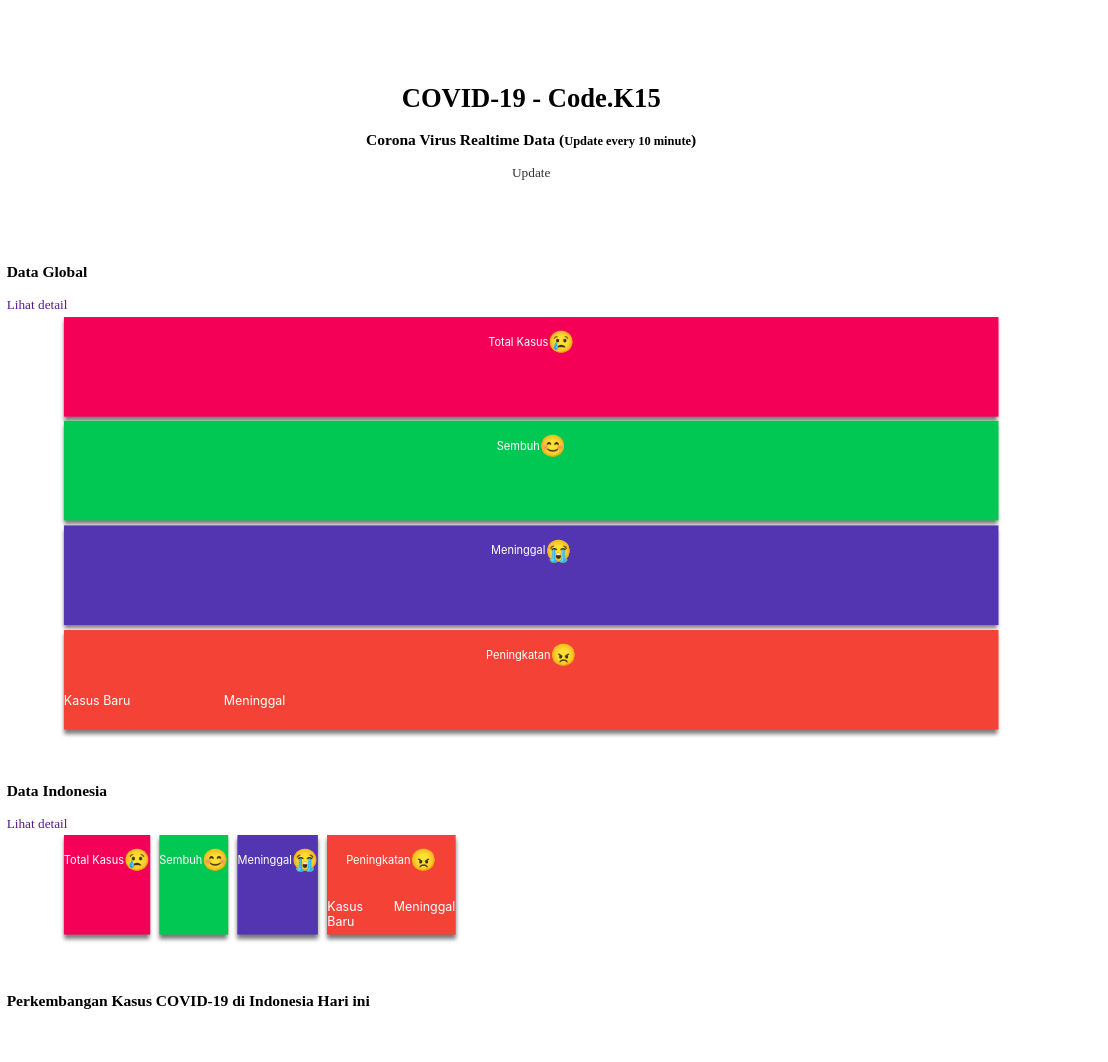
Repository: fathur15/covid19-monitoring
Page: http://localhost/covid19/apps/views/data/main/dashboard.php
The author's editor kept a copy of each file at every save. The page is drawn from the files as they stood at one save, then again after the next save.
The browser window is 1280 px wide. The page is 1280 px wide, then 1335 px, so the pictures cover 1335 px, including what lies to the right of the window. The pictures show the whole page, at 83% of full size.
The page is run by PHP 8.4 with error messages shown; the project is at /var/www/html/.

Above is the page before, as saved 2020-04-14 13:46:46.

### apps/views/data/main/dashboard.php

<style>

    #resumeGlobal p, h5{
        color: white;
        font-weight: 400;
        font-family: -apple-system, BlinkMacSystemFont, 'Segoe UI', Roboto, Oxygen, Ubuntu, Cantarell, 'Open Sans', 'Helvetica Neue', sans-serif
    }
    #resumeIndonesia p, h5{
        color: white;
        font-weight: 400;
        font-family: -apple-system, BlinkMacSystemFont, 'Segoe UI', Roboto, Oxygen, Ubuntu, Cantarell, 'Open Sans', 'Helvetica Neue', sans-serif
    }
    .shadow-box{
        -webkit-box-shadow: 0 15px 10px #777;
        -moz-box-shadow: 0 15px 10px #777;
        box-shadow: 0 5px 5px #777;

    }
    .content-main-wrapper{
        margin: 5% 0;
    }
    /* .shadow-box:after{
        -webkit-transform: rotate(3deg);
        -moz-transform: rotate(3deg);
        -o-transform: rotate(3deg);
        -ms-transform: rotate(3deg);
        transform: rotate(3deg);
        right: 10px;
        left: auto;
    } */

</style>
<div class="content">
    <div class="heading" style="margin: 100px 30%; text-align: center">
        <h1>COVID-19 - Code.K15</h1>
        <h3>Corona Virus Realtime Data (<small style="font-size: 15px">Update every 10 minute</small>)</h3>
        <p id="date-update" style="color: #353030;">Update</p>
    </div>
    <div class="main">
        <div class="container">
            <div class="row content-main-wrapper">
                <div class="head-main-content">
                    <h3>Data Global</h3>
                    <a style="text-decoration: none" href="">Lihat detail  <i class="fas fa-long-arrow-alt-right" aria-hidden="true"></i></a>
                </div>
                <div  id="resumeGlobal" class="" style="width: 90%; margin: 0 5%;" >
                    <div class="row">
                        <div class="card col-sm-3 shadow-box" style="background: #f50057; margin: 0.5%; align-items: center; height: 120px ">
                            <div class="card-body">
                                <div style="flex-direction: row; display: flex; justify-content: center; align-items: center">
                                    <h5 id="title-kasus-global" class="card-text">Total Kasus</h5>
                                    <span style="color: black; font-size: 25px; text-shadow: 0 0 0 yellow">&#x1F622</span>
                                </div>
                                <p class="card-text" id="kasus-global"></p>
                            </div>
                        </div>
                        <div class="card col-sm-3 shadow-box" style="background: #00c853; margin: 0.5%; align-items: center; height: 120px ">
                            <div class="card-body">
                                <div style="flex-direction: row; display: flex; justify-content: center; align-items: center">
                                    <h5 id="title-kasus-global" class="card-text">Sembuh</h5>
                                    <span style="color: black; font-size: 25px; text-shadow: 0 0 0 yellow">&#x1F60A</span>
                                </div>
                                <p class="card-text" id="sembuh-global"></p>
                                <!-- <p style="">Orang</p> -->
                            </div>
                        </div>
                        <div class="card col-sm-3 shadow-box" style="margin: 0.5%; height: 120px;align-items: center;  background :#5335b1">
                            <div class="card-body">
                                <div style="flex-direction: row; display: flex; justify-content: center; align-items: center;">
                                    <h5 id="title-kasus-global" class="card-text">Meninggal</h5>
                                    <span style="color: black; font-size: 25px; text-shadow: 0 0 0 yellow">&#x1F62D</span>
                                </div>
                                <p class="card-text" id="meninggal-global"></p>
                                <!-- <p style="">Orang</p> -->
                            </div>
                        </div>
                        <div class="card col-sm-3 shadow-box" style="margin: 0.5%; height: 120px; background: #f44336">
                            <div class="card-body">
                                <div style="flex-direction: row; display: flex; justify-content: center; align-items: center;">
                                    <h5 id="title-kasus-global" class="card-text">Peningkatan</h5>
                                    <span style="color: black; font-size: 25px; text-shadow: 0 0 0 yellow">&#x1F620</span>
                                </div>
                                <div style="flex-direction: row; display: flex;">
                                    <p style="font-size: 15px">Kasus Baru</p>
                                    <p style="margin-left: 10%; font-size: 15px">Meninggal </p>
                                </div>
                                <div style="display: flex; margin-top: -9%">
                                    <p style="font-size: 15px" class="card-text" id="kasus-baru-global"></p>
                                    <p style="margin-left: 10%; font-size: 15px" class="card-text" id="meninggal-baru-global"></p>
                                </div>
                            </div>
                        </div>
                    </div>
                </div>
            </div>
            <div class="row content-main-wrapper" >
                <div class="head-main-content">
                    <h3>Data Indonesia</h3>
                    <a style="text-decoration: none" href="">Lihat detail  <i class="fas fa-long-arrow-alt-right" aria-hidden="true"></i></a>
                </div>
                <div  id="resumeIndonesia" class="" style="width: 90%; display: flex; margin: 0 5%;" >
                    <div class="card col-sm-3 shadow-box" style="background: #f50057; margin: 0.5%; align-items: center; height: 120px ">
                        <div class="card-body">
                            <div style="flex-direction: row; display: flex; justify-content: center; align-items: center">
                                <h5 id="title-kasus-indonesia" class="card-text">Total Kasus</h5>
                                <span style="color: black; font-size: 25px; text-shadow: 0 0 0 yellow">&#x1F622</span>
                            </div>
                            <p style="font-size: 14px" class="card-text" id="kasus-indonesia"></p>
                        </div>
                    </div>
                    <div class="card col-sm-3 shadow-box" style="background: #00c853; margin: 0.5%; align-items: center; height: 120px ">
                        <div class="card-body">
                            <div style="flex-direction: row; display: flex; justify-content: center; align-items: center">
                                <h5 id="title-kasus-indonesia" class="card-text">Sembuh</h5>
                                <span style="color: black; font-size: 25px; text-shadow: 0 0 0 yellow">&#x1F60A</span>
                            </div>
                            <p class="card-text" id="sembuh-indonesia"></p>
                        </div>
                    </div>
                    <div class="card col-sm-3 shadow-box" style="margin: 0.5%; height: 120px;align-items: center;  background :#5335b1">
                        <div class="card-body">
                            <div style="flex-direction: row; display: flex; justify-content: center; align-items: center;">
                                <h5 id="title-kasus-indonesia" class="card-text">Meninggal</h5>
                                <span style="color: black; font-size: 25px; text-shadow: 0 0 0 yellow">&#x1F62D</span>
                            </div>
                            <p class="card-text" id="meninggal-indonesia"></p>
                        </div>
                    </div>
                    <div class="card col-sm-3 shadow-box" style="margin: 0.5%; height: 120px; background: #f44336">
                        <div class="card-body">
                            <div style="flex-direction: row; display: flex; justify-content: center; align-items: center;">
                                <h5 id="title-kasus-indonesia" class="card-text">Peningkatan</h5>
                                <span style="color: black; font-size: 25px; text-shadow: 0 0 0 yellow">&#x1F620</span>
                            </div>
                            <div style="flex-direction: row; display: flex;">
                                <p style="font-size: 15px">Kasus Baru</p>
                                <p style="margin-left: 10%; font-size: 15px">Meninggal </p>
                            </div>
                            <div style="display: flex; margin-top: -9%">
                                <p style="font-size: 15px" class="card-text" id="kasus-baru-indonesia"></p>
                                <p style="margin-left: 10%; font-size: 15px" class="card-text" id="meninggal-baru-indonesia"></p>
                            </div>
                        </div>
                    </div>
                </div>
            </div>
            <div class="row content-main-wrapper" >
                 <div class="head-main-content">
                    <h3>Perkembangan Kasus COVID-19 di Indonesia Hari ini</h3>
                </div>
            </div>
        </div>
    </div>
</div>

After the next save:
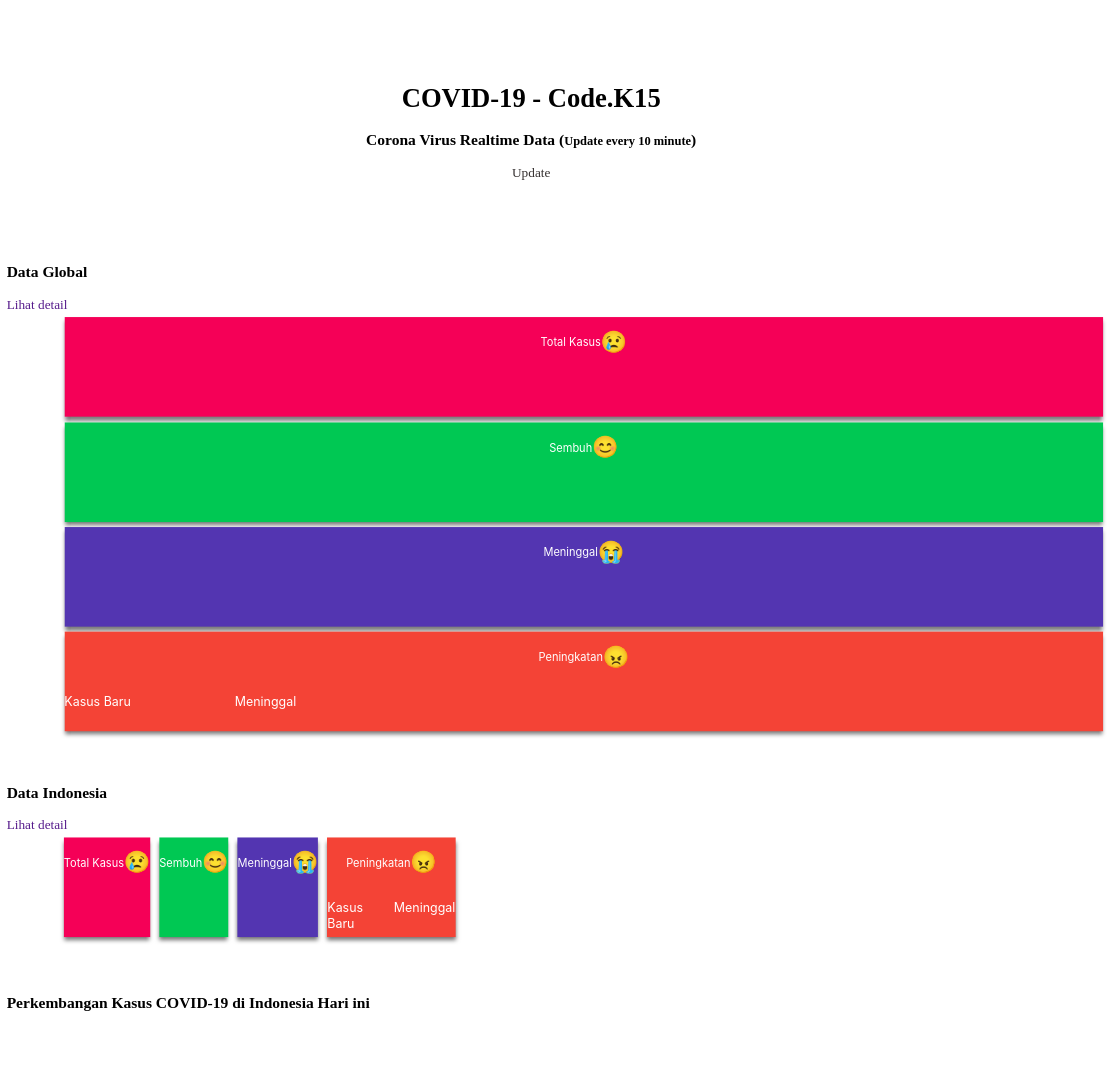
Saved 8 s later.
--- a/apps/views/data/main/dashboard.php
+++ b/apps/views/data/main/dashboard.php
@@ -44,7 +44,7 @@
                     <h3>Data Global</h3>
                     <a style="text-decoration: none" href="">Lihat detail  <i class="fas fa-long-arrow-alt-right" aria-hidden="true"></i></a>
                 </div>
-                <div  id="resumeGlobal" class="" style="width: 90%; margin: 0 5%;" >
+                <div  id="resumeGlobal" class="" style="width: 100%; margin: 0 5%;" >
                     <div class="row">
                         <div class="card col-sm-3 shadow-box" style="background: #f50057; margin: 0.5%; align-items: center; height: 120px ">
                             <div class="card-body">
